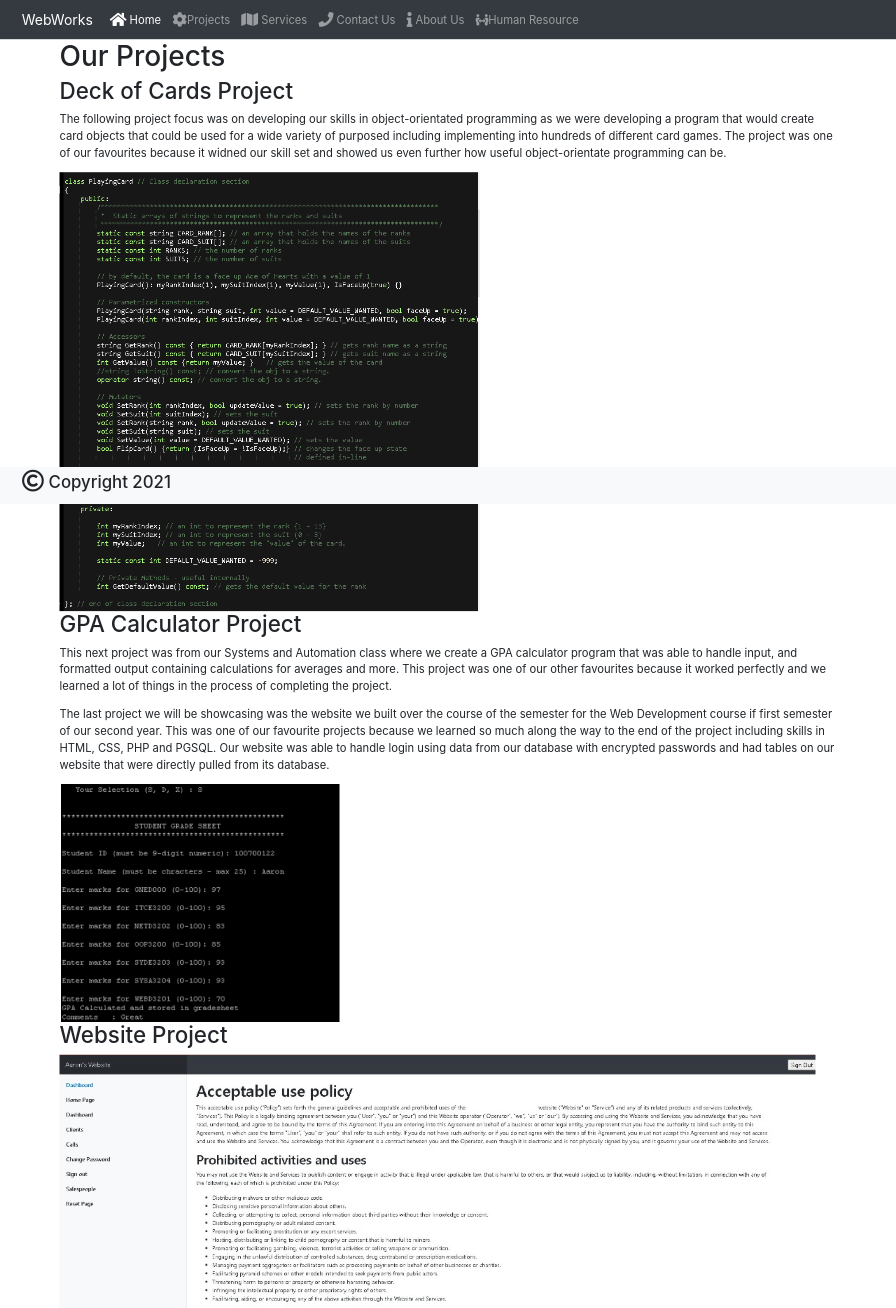
Repository: JonathonWager/Webd6202Lab1
Page: projects.html
The author's editor kept a copy of each file at every save. The page is drawn from the files as they stood at one save, then again after the next save.
The browser window is 1280 px wide. The pictures show the whole page, at 70% of full size.

Above is the page before, as saved 2021-02-05 20:13:32.
Not found: Content/app.css

### projects.html
<!DOCTYPE html>
<html lang="en">
<head>
    <meta charset="UTF-8">
    <meta name="viewport" content="width=device-width, initial-scale=1.0">
    <title>Projects</title>
    <!-- CSS Section -->
    <link rel="stylesheet" href="./node_modules/bootstrap/dist/css/bootstrap.min.css">
    <link rel="stylesheet" href="./node_modules/@fortawesome/fontawesome-free/css/all.min.css">
    <link rel="stylesheet" href="./Content/app.css">
</head>
<body>
    <!-- Main Header -->
    <header>
        <!-- Main Navigation -->
        <nav class="navbar navbar-expand-lg navbar-dark bg-dark">
            <div class="container-fluid">
              <a class="navbar-brand" href="index.html">WebWorks</a>
              <button class="navbar-toggler" type="button" data-bs-toggle="collapse" data-bs-target="#navbarSupportedContent" aria-controls="navbarSupportedContent" aria-expanded="false" aria-label="Toggle navigation">
                <span class="navbar-toggler-icon"></span>
              </button>
              <div class="collapse navbar-collapse" id="navbarSupportedContent">
                <ul class="navbar-nav me-auto mb-2 mb-lg-0">
                  <li class="nav-item">
                    <a class="nav-link active" aria-current="page" href="index.html"><i class="fas fa-home fa-lg"></i> Home</a>
                  </li>

                  <li class="nav-item">
                    <a class="nav-link" aria-current="page" href="projects.html" id = "projects"><i class="fas fa-cog fa-lg"></i> Products</a>
                  </li>

                  <li class="nav-item">
                    <a class="nav-link" aria-current="page" href="services.html"><i class="fas fa-map fa-lg"></i> Services</a>
                  </li>

                  <li class="nav-item">
                    <a class="nav-link" aria-current="page" href="contact.html"><i class="fas fa-phone fa-lg"></i> Contact Us</a>
                  </li>
                  <li class="nav-item">
                    <a class="nav-link" aria-current="page" href="about.html"><i class="fas fa-info fa-lg"></i> About Us</a>
                  </li>
                </ul>
              </div>
            </div>
          </nav>
    </header>

    <!-- Main Content -->
    <main class="container">
      <h1>Our Projects</h1>
      <h2>Deck of Cards Project</h2>
      <div id="DeckOfCardsContent"> </div>
      <img src="/Pictures/Projects Page/DeckOfCardsLab.PNG" width = 600px; alt="Deck of Cards">
      <h2>GPA Calculator Project</h2>
      <div id="GPACalculatorContent"> </div>
      <img src="/Pictures/Projects Page/GPACalculator.PNG" width = 400px; alt="GPA Calculator">
      <h2>Website Project</h2>
      <div id="WebsiteContent"> </div>
      <img src="/Pictures/Projects Page/Website.jpeg" alt="Website Image">
    </main>


    <!-- Main Footer -->
    <footer>
    </footer>

    <!-- Script Section-->
    <script src="./node_modules/jquery/dist/jquery.min.js"></script>
    <script src="./node_modules/bootstrap/dist/js/bootstrap.bundle.min.js"></script>
    <script src="./Scripts/app.js"></script>
</body>
</html>

### Scripts/app.js
/* custom JavaScript goes here */

//IIFE - Immediately Invoked Function Expression
//AKA - Anonymous Self-Executing Function
//Closure - limits scope leak

"use strict";

(function()
{
    function displayHome()
    {

        let paragraphOneText =
          "Welcome to Web Works, Our team at Web Works is dedicated to offering advanced web development creations that will make you stand out from the crowd.";

        let paragraphOneElement = document.getElementById("paragraphOne");

        paragraphOneElement.textContent = paragraphOneText;
        paragraphOneElement.className = "fs-5";

        // Step 1. document.createElement
        let newParagraph = document.createElement("p");
        // Step 2. configure the element
        newParagraph.setAttribute("id", "paragraphTwo");
        newParagraph.textContent = "Our team consits of two dedicated students that are currently enrolled in the Computer programmer and Analysis course at Durham College located in Northern Oshawa. ";
        // Step 3. select the parent element
        let mainContent = document.getElementsByTagName("main")[0];
        // Step 4. Add / Insert the element
        mainContent.appendChild(newParagraph);

        newParagraph.className = "fs-6";

        // another way of injecting content
        let paragraphDiv = document.createElement("div");
        let paragraphThree = `Oshawa. Our skill sets are growing every day and we are profecient in HTML, CSS, Java, C++,
        database development, automations and much more. Contact our team with inqueries and you will get a response within one business day`;
        paragraphDiv.innerHTML = paragraphThree;

        // insertions

        // example of inserting before a node
        //newParagraph.before(paragraphDiv);

        // example of inserting after a node
        newParagraph.after(paragraphDiv);

        // deletions

        // example of removing a single element
        //paragraphOneElement.remove();

        // example of removeChild
        //mainContent.removeChild(paragraphOneElement);

        // update / modification
        mainContent.firstElementChild.textContent = "Welcome Home!";


    }

    function displayAbout()
    {

    }

    function displayProjects()
    {
      let paragraphOneText = "The following project focus was on developing our skills in object-orientated programming as we were developing a program that would create card objects that could be used for a wide variety of purposed including implementing into hundreds of different card games. The project was one of our favourites because it widned our skill set and showed us even further how useful object-orientate programming can be.";

      let projectsDiv1 = document.getElementById("DeckOfCardsContent");

      let projectsP1 = document.createElement("p");

      projectsP1.textContent = paragraphOneText;

      projectsDiv1.appendChild(projectsP1);


      let paragraph2Text = "This next project was from our Systems and Automation class where we create a GPA calculator program that was able to handle input, and formatted output containing calculations for averages and more. This project was one of our other favourites because it worked perfectly and we learned a lot of things in the process of completing the project.";

      let projectsDiv2 = document.getElementById("GPACalculatorContent");

      let projectsP2 = document.createElement("p");

      projectsP2.textContent = paragraph2Text;

      projectsDiv2.appendChild(projectsP2);



      let paragraph3Text = "The last project we will be showcasing was the website we built over the course of the semester for the Web Development course if first semester of our second year. This was one of our favourite projects because we learned so much along the way to the end of the project including skills in HTML, CSS, PHP and PGSQL. Our website was able to handle login using data from our database with encrypted passwords and had tables on our website that were directly pulled from its database. ";

      let projectsDiv3 = document.getElementById("GPACalculatorContent");

      let projectsP3 = document.createElement("p");

      projectsP3.textContent = paragraph3Text;

      projectsDiv3.appendChild(projectsP3)


    }

    function displayServices()
    {
      let paragraphOneText = "We have the ability to create interactive websites that will stand out and make you look professional. We can apply custom themes to style your website as well as make it an interactive website that is effeciently navigable.";

      let projectsDiv1 = document.getElementById("WebDesignContent");

      let projectsP1 = document.createElement("p");

      projectsP1.textContent = paragraphOneText;

      projectsDiv1.appendChild(projectsP1);

      let paragraphTwoText = "We can create small to medium sized databases that will be able to meet your business needs. We can then implement the database into your website so that you can take your business to the next level.";

      let projectsDiv2 = document.getElementById("DatabaseDevelopmentContent");

      let projectsP2 = document.createElement("p");

      projectsP2.textContent = paragraphTwoText;

      projectsDiv2.appendChild(projectsP2);

      let paragraphThreeText = "We can create small to medium sized databases that will be able to meet your business needs. We can then implement the database into your website so that you can take your business to the next level.";

      let projectsDiv3 = document.getElementById("CustomProgrammingContent");

      let projectsP3 = document.createElement("p");

      projectsP3.textContent = paragraphThreeText;

      projectsDiv3.appendChild(projectsP3);

    }

    function displayContact()
    {
      console.log("test");
        let messageArea = document.getElementById("messageArea");
        messageArea.hidden = true;

        // form validation
        let fullName = document.getElementById("fullName");
        fullName.addEventListener("blur", function() {
            if(fullName.value.length < 2)
            {
                fullName.focus();
                fullName.select();
                messageArea.hidden = false;
                messageArea.className = "alert alert-danger";
                messageArea.textContent = "Please enter an appropriate Name";
            }
            else
            {
                messageArea.removeAttribute("class");
                messageArea.hidden = true;
            }
        });

        let sendButton = document.getElementById("sendButton");
        sendButton.addEventListener("click", function(event){
            //event.preventDefault();

           window.location.href = "index.html";

        });
    }




    function Start()
    {
        console.log("App Started...");
        let navbarProjects = document.getElementById("projects");
        navbarProjects.innerHTML = '<i class="fas fa-cog fa-lg"></i>Projects';

       // let navContentHumanResource = '<li class="nav-item"><a class="nav-link" aria-current="page" href="services.html"><i class="fas fa-map fa-lg"></i> Services</a></li>';
        let navContent = document.getElementsByTagName("ul")[0];

        let navContentHumanResourceLi = document.createElement("li");
        let navContentHumanResourceA = document.createElement("a");

        // Step 2. configure the element
        navContentHumanResourceLi.setAttribute("class", "nav-item");

        navContentHumanResourceA.setAttribute("class","nav-link");
        navContentHumanResourceA.setAttribute("aria-current", "page");
        navContentHumanResourceA.setAttribute("href", "human_resource.html");
        navContentHumanResourceA.innerHTML ='<i class="fas fa-people-arrows"></i>Human Resource ';

        navContentHumanResourceLi.appendChild(navContentHumanResourceA);

        navContent.appendChild(navContentHumanResourceLi);




        let bottomNavContent = document.getElementsByTagName("footer")[0];

        let navContentFooterNav = document.createElement("nav");
        navContentFooterNav.setAttribute("class","navbar fixed-bottom navbar-light bg-light");

        let navContentDiv = document.createElement("div");
        navContentDiv.setAttribute("class", "container-fluid");

        let navContentH4 = document.createElement("h4");
        navContentH4.innerHTML = '<i class="far fa-copyright fa-lg"></i> Copyright 2021';
        navContentFooterNav.appendChild(navContentDiv);
        navContentDiv.appendChild(navContentH4);
        bottomNavContent.appendChild(navContentFooterNav);


        switch (document.title)
        {
          case "Home":
              displayHome();
            break;
          case "About":
              displayAbout();
            break;
          case "Projects":
              displayProjects();
            break;
          case "Services":
              displayServices();
            break;
          case "Contact":
              displayContact();
            break;
        }

    }

    window.addEventListener("load", Start);

})();

Loaded but not shown: node_modules/bootstrap/dist/css/bootstrap.min.css (library); node_modules/@fortawesome/fontawesome-free/css/all.min.css (library); node_modules/jquery/dist/jquery.min.js (library); node_modules/bootstrap/dist/js/bootstrap.bundle.min.js (library)

After the next save:
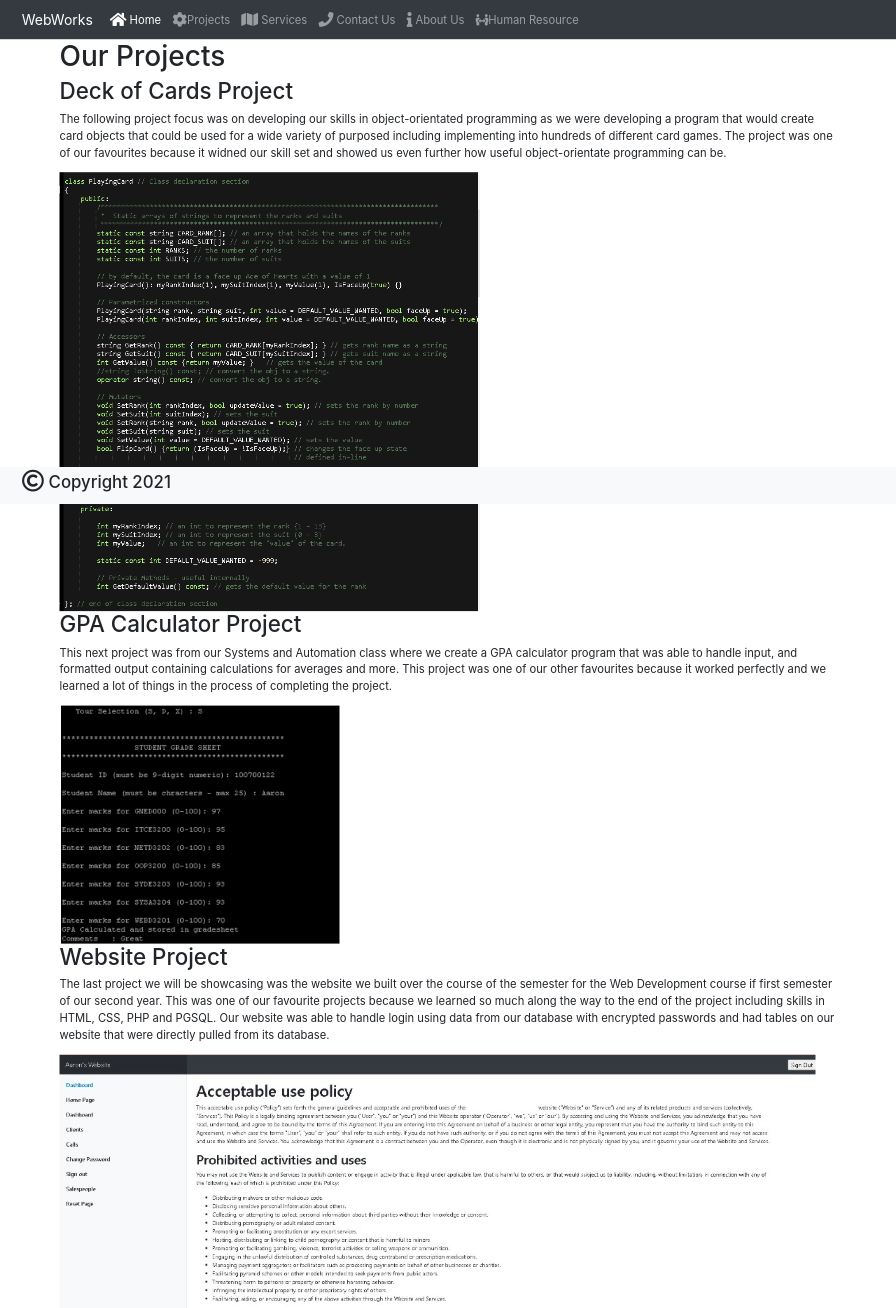
Saved 21 s later.
--- a/Scripts/app.js
+++ b/Scripts/app.js
@@ -91,7 +91,7 @@
 
       let paragraph3Text = "The last project we will be showcasing was the website we built over the course of the semester for the Web Development course if first semester of our second year. This was one of our favourite projects because we learned so much along the way to the end of the project including skills in HTML, CSS, PHP and PGSQL. Our website was able to handle login using data from our database with encrypted passwords and had tables on our website that were directly pulled from its database. ";
 
-      let projectsDiv3 = document.getElementById("GPACalculatorContent");
+      let projectsDiv3 = document.getElementById("WebsiteContent");
 
       let projectsP3 = document.createElement("p");
 
